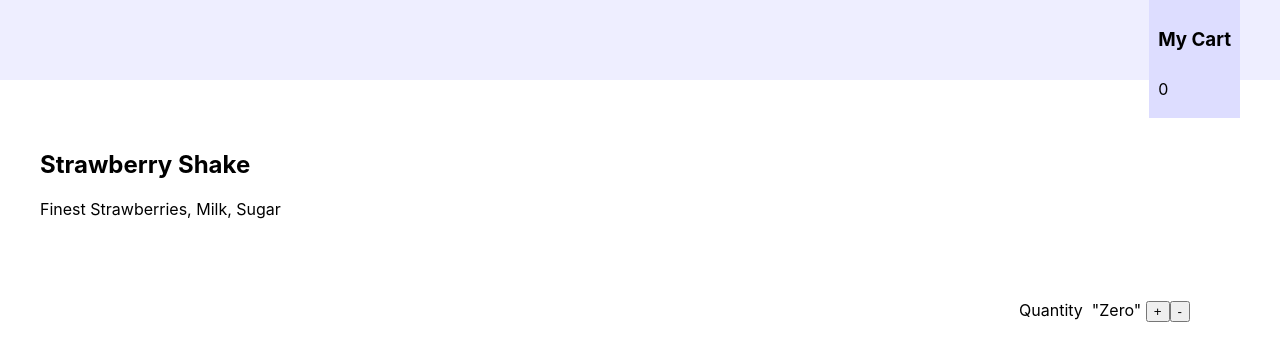
Repository: suhail-yazdan/shopping-cart-react
Page: /
The author's editor kept a copy of each file at every save. The page is drawn from the files as they stood at one save, then again after the next save.
The browser window is 1280 px wide. The pictures show the whole page.
The project was rebuilt for these pictures with package versions that can differ from the ones it lists, and the page was loaded fresh each time. Also part of the build but not shown: src/cardstyle.css.

Above is the page before, as saved 2023-10-04 16:17:08.

After the next save:
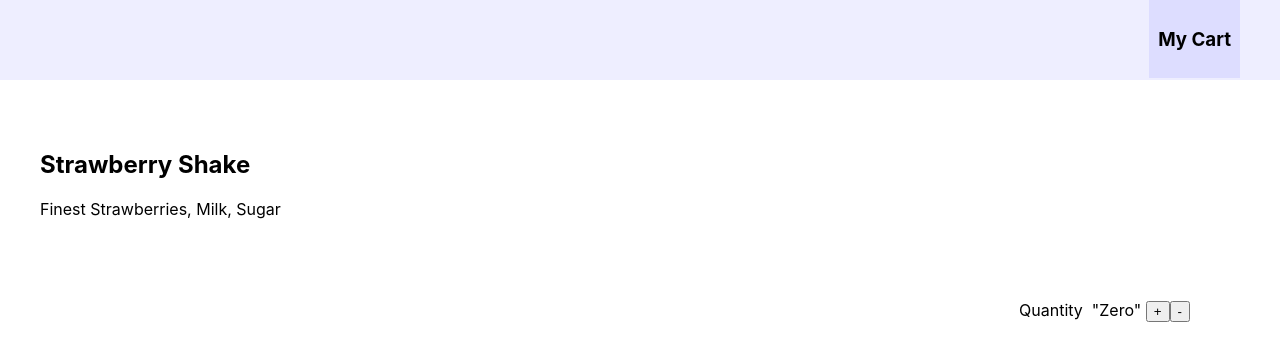
Saved 5 min 3 s later.
--- a/src/Cart.jsx
+++ b/src/Cart.jsx
@@ -5,11 +5,11 @@ const Cart = () => {
     <div className="cart">
       <h3> My Cart </h3>
       <div>
-        <ul>
+        {/* <ul>
             <li>
               0
             </li>
-        </ul>
+        </ul> */}
       </div>
     </div>
   )
